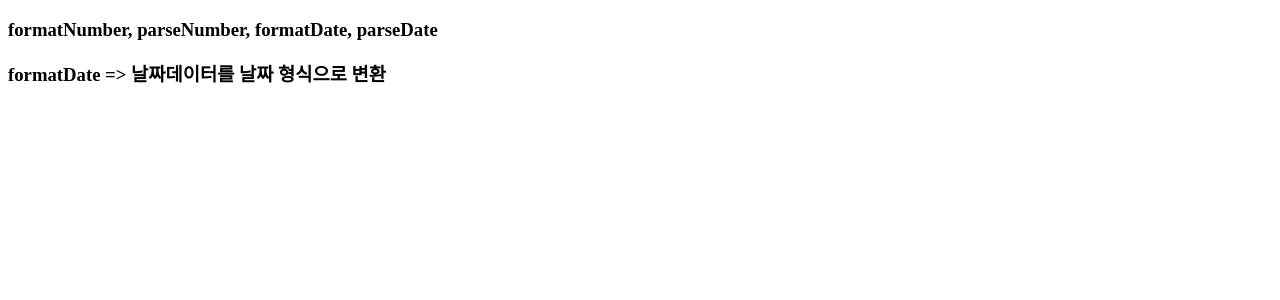
Repository: sun2898/JSP
Page: http://localhost/JSPBasic/JSTL/jstl_fmt.jsp
The author's editor kept a copy of each file at every save. The page is drawn from the files as they stood at one save, then again after the next save.
The browser window is 1280 px wide. The pictures show the whole page.
The page is served by Tomcat 9. Other server files are loaded and not shown.

Above is the page before, as saved 2023-06-07 06:18:54.

### JSPBasic/src/main/webapp/JSTL/jstl_fmt.jsp
<%@page import="java.util.Date"%>
<%@ page language="java" contentType="text/html; charset=UTF-8"
    pageEncoding="UTF-8"%>
<%@ taglib prefix="fmt" uri="http://java.sun.com/jsp/jstl/fmt" %>
<%@ taglib prefix="c" uri="http://java.sun.com/jsp/jstl/core" %>
<!DOCTYPE html>
<html>
<head>
<meta charset="UTF-8">
<title>Insert title here</title>
</head>
<body>

	<%--
	 fmt는 형변환을 다루는 기능을 가지고 있다.

	 Integer.parseInt() : String > int
	 parse -> 다른타입으로 형 변환
	 format -> 같은타입의 형태를 변환

	 날짜형태를 변환하는 것을 좀 더 주의깊게 공부할 것!
	 --%>

	<h3>formatNumber, parseNumber, formatDate, parseDate</h3>

	<h3>formatDate => 날짜데이터를 날짜 형식으로 변환</h3>

	<c:set var="a" value="<%=new Date() %>"/>



</body>
</html>

After the next save:
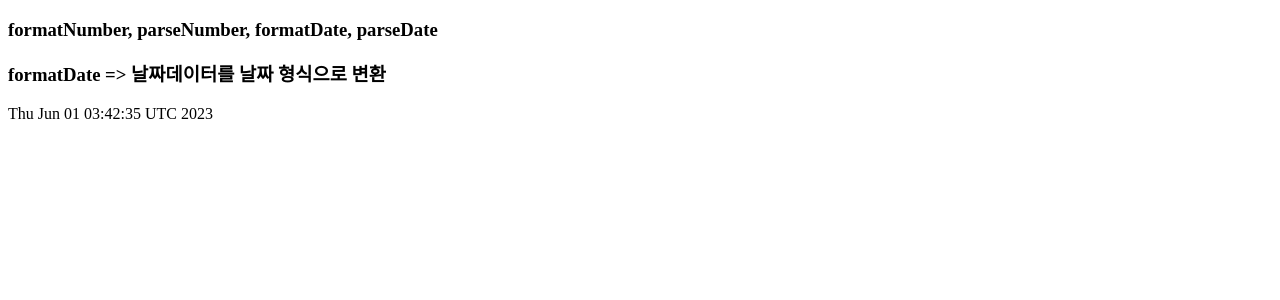
Saved 7 s later.
--- a/JSPBasic/src/main/webapp/JSTL/jstl_fmt.jsp
+++ b/JSPBasic/src/main/webapp/JSTL/jstl_fmt.jsp
@@ -27,6 +27,7 @@
 
 	<c:set var="a" value="<%=new Date() %>"/>
 
+	${a }
 
 
 </body>
